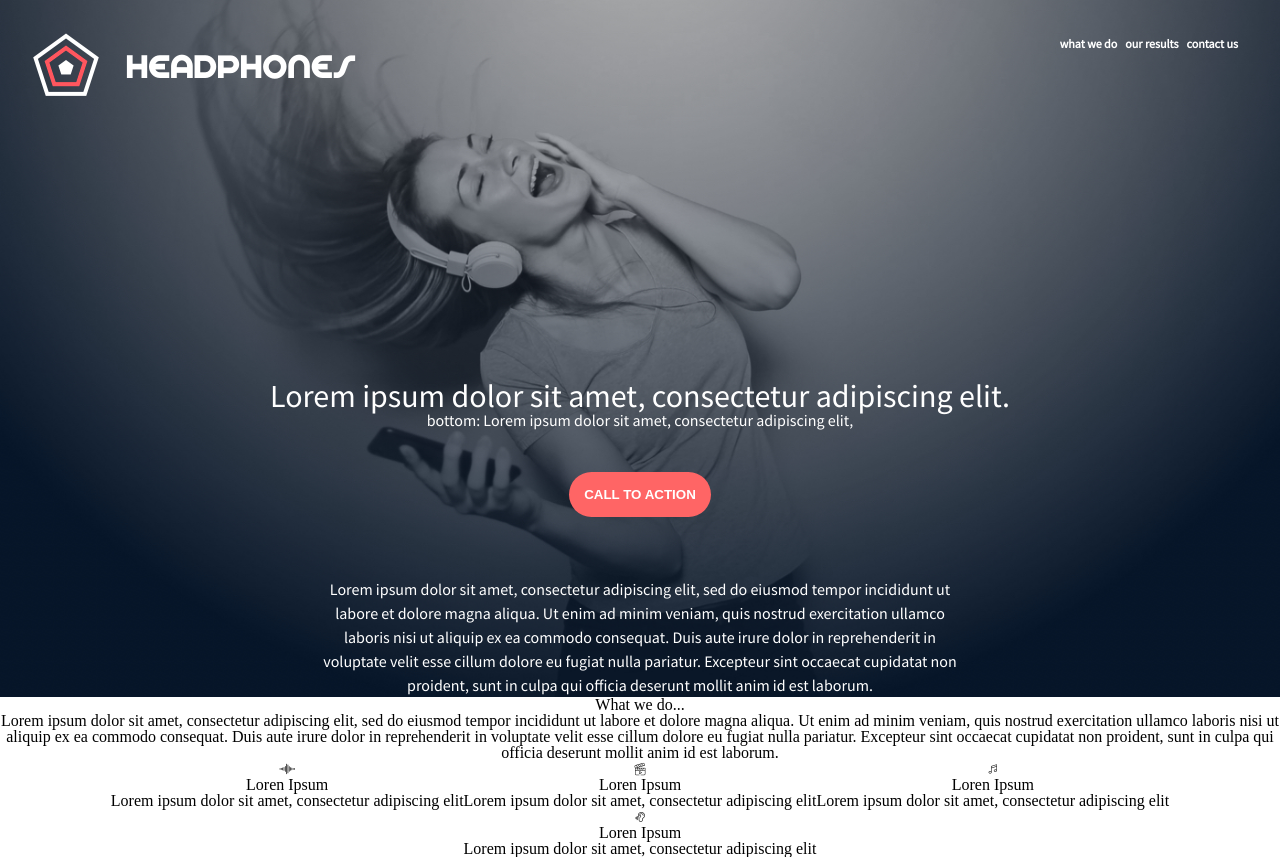
Repository: seleniadelgado/holbertonschool-web_front_end
Page: 0x09-implement_a_design_from_scratch/1-index.html
These files come from the project's save history. The page is drawn as it stood at one moment and after the next save; the edit follows.
The browser window is 1280 px wide. The pictures show the whole page.

Above is the page before, as saved 2020-03-19 15:38:02.

### 0x09-implement_a_design_from_scratch/1-index.html
<!DOCTYPE <!DOCTYPE html>
<head>
    <meta charset="utf-8">
    <title>Headphones</title>
    <meta name="description" content="">
    <meta name="viewport" content="width=device-width, initial-scale=1">
    <link rel="stylesheet" href="1-styles.css">
    <link rel="stylesheet" href="reset.css">
    <link rel="stylesheet" href="./holberton_school-icon/style.css">
    <link href="https://fonts.googleapis.com/css?family=Source+Sans+Pro&display=swap" rel="stylesheet">
</head>
<body>
<!-- nav bar -->
    <header>
        <div class="firstdiv">
            <nav>
                <input type="checkbox" id="menu">
                <label for="menu" id="nav-icon"></label>
                <div class="logo"><img href="active" href="#home"><img src="./images/logo_headphones.png" alt="logo"></a></div>
                <div class="main-nav">
                    <ul class="nav-header">
                        <li><a href="#what-we-do">what we do</a></li>
                        <li><a href="#our-results">our results</a></li>
                        <li><a href="#contact-us">contact us</a></li>
                    </ul>
                </div>
            </nav>
        </div>
<!-- Content -->
        <div class="seconddiv">
            <div class="text">
                <h1>Lorem ipsum dolor sit amet, consectetur adipiscing elit.</h1>
                <p>bottom: Lorem ipsum dolor sit amet, consectetur adipiscing elit, </p>
            </div>
        </div>
        <div class="thirddiv">
        <button id="button">CALL TO ACTION</button>
        <p class="longParagraph">Lorem ipsum dolor sit amet, consectetur adipiscing elit, sed do eiusmod tempor incididunt ut labore et dolore magna aliqua.
            Ut enim ad minim veniam, quis nostrud exercitation ullamco laboris nisi ut aliquip ex ea commodo consequat.
            Duis aute irure dolor in reprehenderit in voluptate velit esse cillum dolore eu fugiat nulla pariatur. Excepteur sint occaecat cupidatat non proident,
            sunt in culpa qui officia deserunt mollit anim id est laborum.</p>
            </div>
        </div>
    </div>
    </header>
    <div class="content">
        <h1>What we do...</h1>
        <p> Lorem ipsum dolor sit amet, consectetur adipiscing elit, sed do eiusmod tempor incididunt ut labore et dolore magna aliqua.
            Ut enim ad minim veniam, quis nostrud exercitation ullamco laboris nisi ut aliquip ex ea commodo consequat.
            Duis aute irure dolor in reprehenderit in voluptate velit esse cillum dolore eu fugiat nulla pariatur. Excepteur sint occaecat cupidatat non proident,
            sunt in culpa qui officia deserunt mollit anim id est laborum.
        </p>
        <div class="grid">
            <div>
                <div class="item holberton_school-icon-ic_sound"></div>
                <h6>Loren Ipsum</h6>
                <p>Lorem ipsum dolor sit amet, consectetur adipiscing elit</p>
            </div>
            <div>
                <div class="item holberton_school-icon-ic_video"></div>
                <h6>Loren Ipsum</h6>
                <p>Lorem ipsum dolor sit amet, consectetur adipiscing elit</p>
            </div>
            <div>
                <div class="item holberton_school-icon-ic_music"></div>
                <h6>Loren Ipsum</h6>
                <p>Lorem ipsum dolor sit amet, consectetur adipiscing elit</p>
            </div>
            <div>
                <div class="item holberton_school-icon-ic_hearing"></div>
                <h6>Loren Ipsum</h6>
                <p>Lorem ipsum dolor sit amet, consectetur adipiscing elit</p>
            </div>

        </div>
    </div>





    </body>
</html>

### 0x09-implement_a_design_from_scratch/1-styles.css

:root {
    --font-size-sm: 12px;
    --font-size-md: 16px;
    --font-size-lg: 32px;
    --font-size-button: 14px;
    --color-primary-red: #FF6565;
    --color-body-white: white;
    --font-family: 'Source Sans Pro', sans-serif;
}
/* header */
header {
    width: 100%;
    background: transparent;
    position: relative;
    color: var(--color-body-white);
    background-image: url("images/headphones_hero_1.jpg");
    background-repeat: no-repeat;
    background-size: cover;
    font-family: var(--font-family);
}
header .firstdiv {
    justify-content: space-between;
    align-content: space-between;
    padding: 2rem;
    flex-wrap: wrap;
}
header .firstdiv nav {
    width: 100%;
    display: flex;
    justify-content: space-between;
    align-content: space-between;
    position: relative;
}
a {
    margin: auto 1.25rem;
    color: var(--color-body-white);
    text-decoration: none;
    font-family: var(--font-family);
}
a:hover, a:active {
    color: var(--color-primary-red)
}
#menu {
    display: none;
    position: absolute;
}
#nav-icon {
    display: none;
    position: absolute;
}
.logo {
    float: left;
}

.nav-header {
    display: inline-flex;
    margin: auto 0;
    list-style-type: none;
    font-size: var(--font-size-sm);
    font-weight: bolder;
    font-family: var(--font-family);
}
.main-nav ul {
    border: 6px transparent solid;
    justify-content: space-between;
}
.main-nav ul li a {
    border: 4px transparent solid;
    font-family: var(--font-family);

}

/* nav */
.seconddiv {
    text-align: center;
}
.thirddiv {
    text-align: center;
}
/*text */
.text {
    padding-top: 20%;
    text-align: center;
    line-height: 28px;
}
.text h1 {
    font-size: 24px;
}

/* button */
#button {
    padding: 15px;
    margin-top: 40px;
    margin-bottom: 60px;
    border-radius: 4em;
    background-color: #FF6565;
    box-shadow: black;
    border-style: none;
    color: var(--color-body-white);
    font-weight: bolder;
}
#button:hover {
    opacity: 0.9;
}
/* end button */
/* start longparagraph */
.longParagraph {
    display: flex;
    text-align: center;
    margin: 0% 25% 0% 25%;
    line-height: 24px;
    font-family: var(--font-family);
    font-size: var(--font-size-md);
}

/* end longparagraph */
/* media query for screens less than 480px */
@media (max-width: 480px)
{
    header nav {
      flex-direction: column;
      align-items: center;
    }
    .logo {
      width: 50%;
      height: auto;
    }
    .nav-header {
      display: none;
      width: 100%;
      flex-direction: column;
      margin: 1rem auto;
      text-align: center;
      font-weight: bold;
      font-size: var(--font-size-btn);
      float: right;
      display: inline-flex;
      margin-right: 10%;
    }
    .nav-header li {
      width: 100%;
      margin: 0.5rem auto;
      padding-right: 50px;
      font-family: var(--font-family);
    }
    #nav-icon {
        background: var(--color-body-white);
        height: 2px;
        width: 13px;
        position: absolute;
        left: 1rem;
        top: 18px;
        display: block;
    }

    #nav-icon::before {
        content: "";
        background: var(--color-body-white);
        height: 2px;
        width: 20px;
        position: relative;
        top: -0.4rem;
        display: block;
        transition: all 0.2s ease;
    }

    #nav-icon::after {
        content: "";
        background: var(--color-body-white);
        height: 2px;
        width: 18px;
        position: relative;
        top: 0.3rem;
        display: block;
        transition: all 0.2s ease;
    }

    #menu:checked ~ .nav-header {
        display: inline-flex;
    }

    #menu:checked ~ #nav-icon {
        background: transparent;
    }

    #menu:checked ~ #nav-icon::before {
        transform: rotate(45deg);
        top: 3px;
        margin: auto;
    }

    #menu:checked ~ #nav-icon::after {
        width: 20px;
        transform: rotate(-45deg);
        top: 1px;
        margin: auto;
    }
}
.text {
    font-family: var(--font-family);
    line-height: 24px;
}
.text h1 {
    font-size: var(--font-size-lg);
}
.text p {
    font-size: var(--font-size-md);
}
/* menu btn ends */
.content {
    display: grid;
    text-align: center;
}
.grid {
    display: flex;
    flex-wrap: wrap;
    justify-content: center;
}

### 0x09-implement_a_design_from_scratch/holberton_school-icon/style.css
@font-face {
  font-family: 'holberton_school-icon';
  src:  url('fonts/holberton_school-icon.eot?sq4eq4');
  src:  url('fonts/holberton_school-icon.eot?sq4eq4#iefix') format('embedded-opentype'),
    url('fonts/holberton_school-icon.ttf?sq4eq4') format('truetype'),
    url('fonts/holberton_school-icon.woff?sq4eq4') format('woff'),
    url('fonts/holberton_school-icon.svg?sq4eq4#holberton_school-icon') format('svg');
  font-weight: normal;
  font-style: normal;
  font-display: block;
}

[class^="holberton_school-icon-"], [class*=" holberton_school-icon-"] {
  /* use !important to prevent issues with browser extensions that change fonts */
  font-family: 'holberton_school-icon' !important;
  speak: none;
  font-style: normal;
  font-weight: normal;
  font-variant: normal;
  text-transform: none;
  line-height: 1;

  /* Better Font Rendering =========== */
  -webkit-font-smoothing: antialiased;
  -moz-osx-font-smoothing: grayscale;
}

.holberton_school-icon-arrow_1:before {
  content: "\e900";
}
.holberton_school-icon-arrow_2:before {
  content: "\e901";
}
.holberton_school-icon-arrow_3:before {
  content: "\e902";
}
.holberton_school-icon-arrow_4:before {
  content: "\e903";
}
.holberton_school-icon-arrow_5:before {
  content: "\e904";
}
.holberton_school-icon-check:before {
  content: "\e905";
}
.holberton_school-icon-ic_bag:before {
  content: "\e906";
}
.holberton_school-icon-ic_cart:before {
  content: "\e907";
}
.holberton_school-icon-ic_facebook:before {
  content: "\e908";
}
.holberton_school-icon-ic_hearing:before {
  content: "\e909";
}
.holberton_school-icon-ic_instagram:before {
  content: "\e90a";
}
.holberton_school-icon-ic_laptop:before {
  content: "\e90b";
}
.holberton_school-icon-ic_money:before {
  content: "\e90c";
}
.holberton_school-icon-ic_music:before {
  content: "\e90d";
}
.holberton_school-icon-ic_sound:before {
  content: "\e90e";
}
.holberton_school-icon-ic_twitter:before {
  content: "\e90f";
}
.holberton_school-icon-ic_video:before {
  content: "\e910";
}
.holberton_school-icon-menu:before {
  content: "\e911";
}
.holberton_school-icon-search_1:before {
  content: "\e912";
}
.holberton_school-icon-search_2:before {
  content: "\e913";
}
.holberton_school-icon-star:before {
  content: "\e914";
}

Loaded but not shown: 0x09-implement_a_design_from_scratch/reset.css (common file)

After the next save:
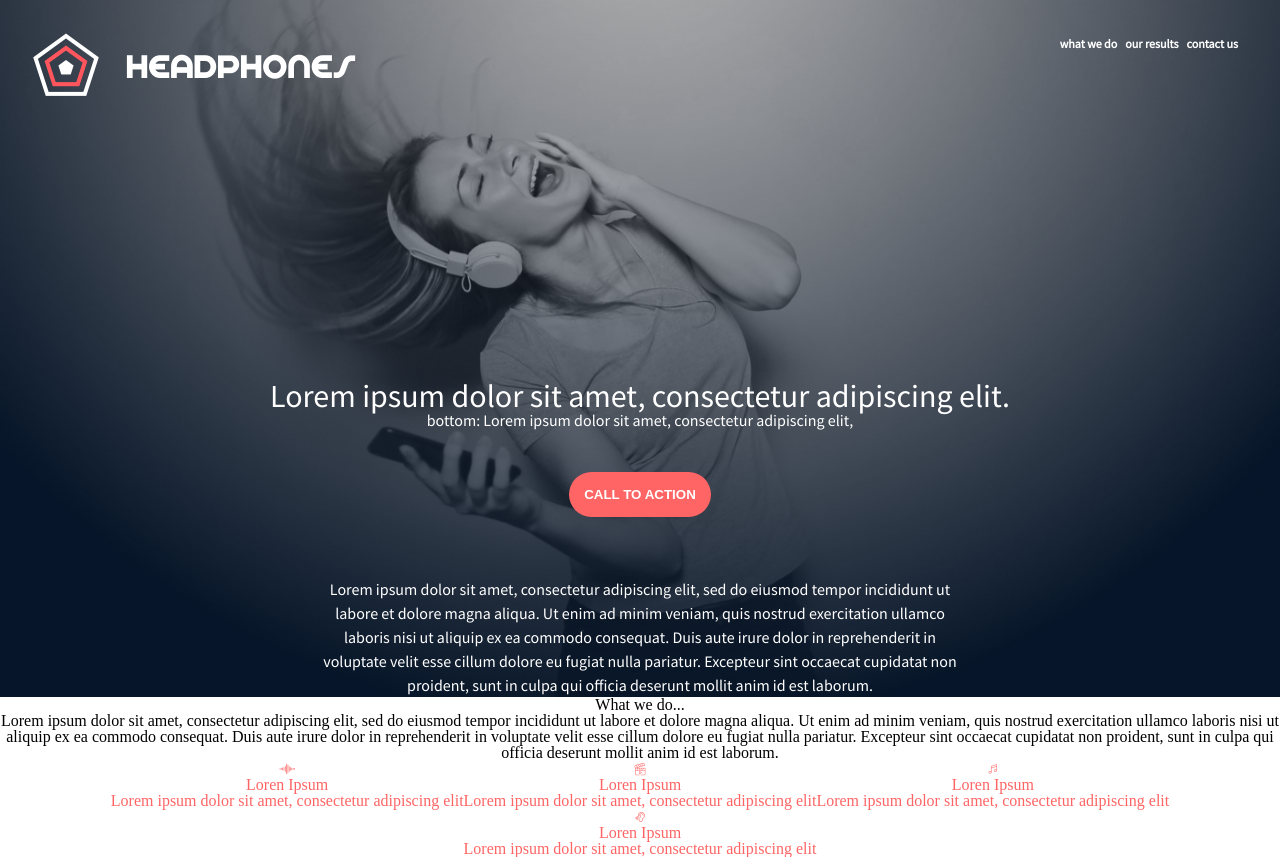
Saved 7 min 32 s later.
--- a/0x09-implement_a_design_from_scratch/1-styles.css
+++ b/0x09-implement_a_design_from_scratch/1-styles.css
@@ -216,4 +216,5 @@
     display: flex;
     flex-wrap: wrap;
     justify-content: center;
-}
+    color: var(--color-primary-red)
+}

After the save that followed:
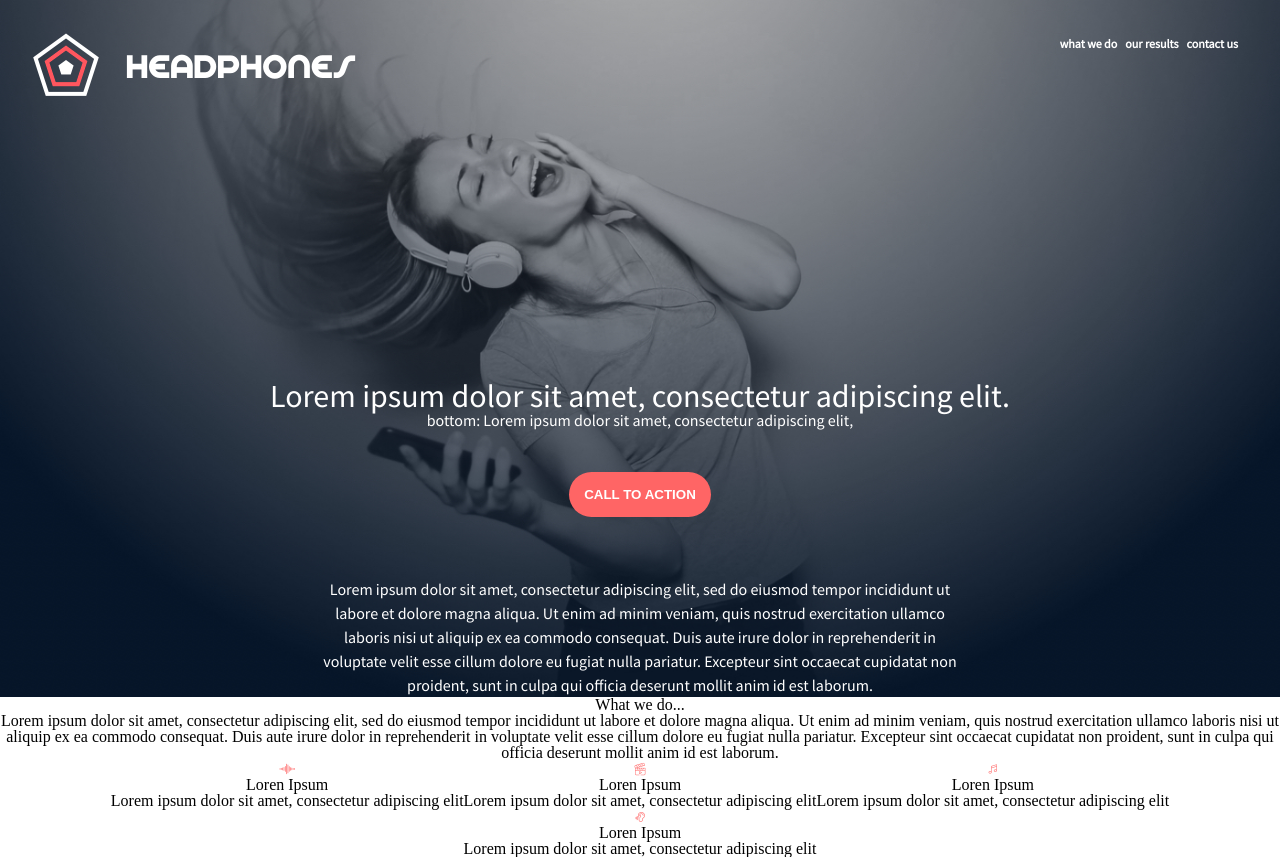
Saved 18 s later.
--- a/0x09-implement_a_design_from_scratch/1-styles.css
+++ b/0x09-implement_a_design_from_scratch/1-styles.css
@@ -216,5 +216,7 @@
     display: flex;
     flex-wrap: wrap;
     justify-content: center;
+
+.item {
     color: var(--color-primary-red)
 }
